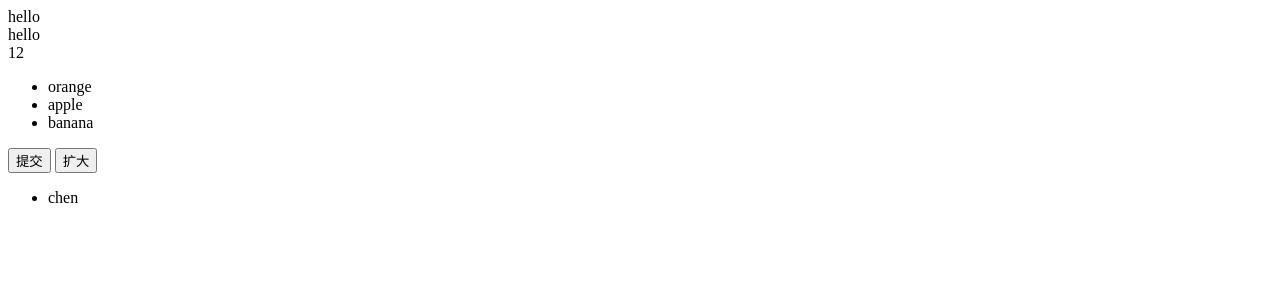
Repository: chenguocan/Vue_component
Page: props属性值类型.html
These files come from the project's save history. The page is drawn as it stood at one moment and after the next save; the edit follows.
The browser window is 1280 px wide. The pictures show the whole page.

Above is the page before, as saved 2020-07-23 15:43:51.

### props属性值类型.html
<!DOCTYPE html>
<html lang="en">
  <head>
    <meta charset="UTF-8" />
    <meta name="viewport" content="width=device-width, initial-scale=1.0" />
    <title>Document</title>
  </head>
  <body>
    <div id="app">
      <div v-bind:style="{fontSize:fontSize + 'px'}">{{str}}</div>
      <item-com
        :title="str"
        :num="12"
        :arr="arr"
        :people="peo"
        v-on:enlarge-text="handle"
      ></item-com>
    </div>
  </body>
  <script src="./js/vue.js"></script>
  <script>
    Vue.component("item-com", {
      props: ["title", "num", "arr", "people"],
      template: `
      <div>{{title}}
      <div>{{num}}</div>
      <ul>
         <li v-for="(item,index) in arr">{{item}}</li>
      </ul>
      <button @click="arr.push('lemon')">提交</button>
      <button v-on:click='$emit("enlarge-text")''>扩大</button>
      <ul>
      <li>
         {{people.name}}
      </li>
      </ul>
      </div>

        `,
    });

    let app = new Vue({
      el: "#app",
      data: {
        str: "hello",
        num: "12",
        arr: ["orange", "apple", "banana"],
        peo: {
          name: "chen",
          age: "18",
          profession: "doctor",
          fontSize: "10",
        },
        handle: function () {
          this.fontsize += 2;
        },
      },
    });
  </script>
</html>

Loaded but not shown: js/vue.js (library)

After the next save:
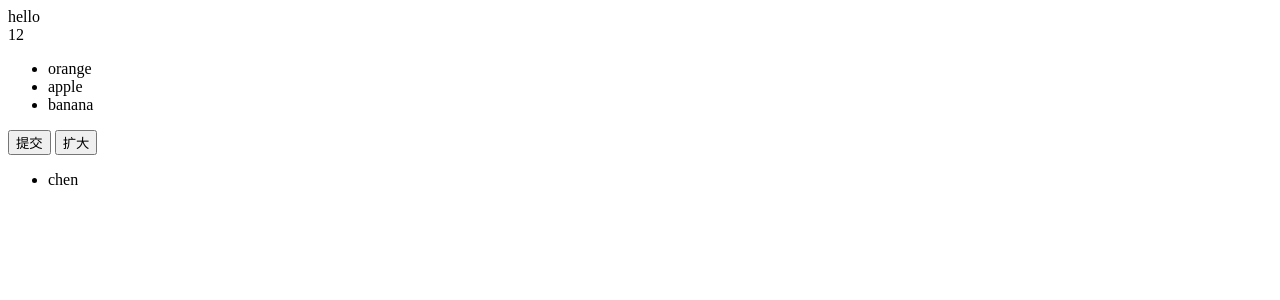
Saved 11 s later.
--- a/props属性值类型.html
+++ b/props属性值类型.html
@@ -7,7 +7,7 @@
   </head>
   <body>
     <div id="app">
-      <div v-bind:style="{fontSize:fontSize + 'px'}">{{str}}</div>
+      <div v-bind:style="{fontSize:fontSize + 'px'}">{{fontSize}}</div>
       <item-com
         :title="str"
         :num="12"

After the save that followed:
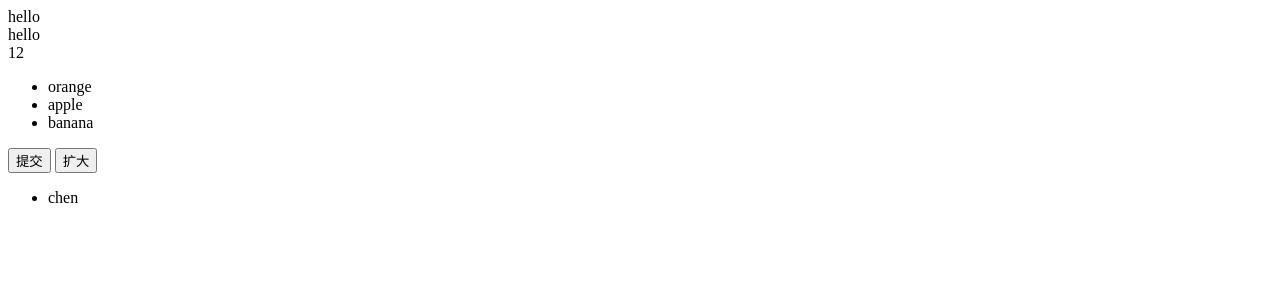
Saved 4 s later.
--- a/props属性值类型.html
+++ b/props属性值类型.html
@@ -7,7 +7,7 @@
   </head>
   <body>
     <div id="app">
-      <div v-bind:style="{fontSize:fontSize + 'px'}">{{fontSize}}</div>
+      <div v-bind:style="{fontSize:fontSize + 'px'}">{{str}}</div>
       <item-com
         :title="str"
         :num="12"
